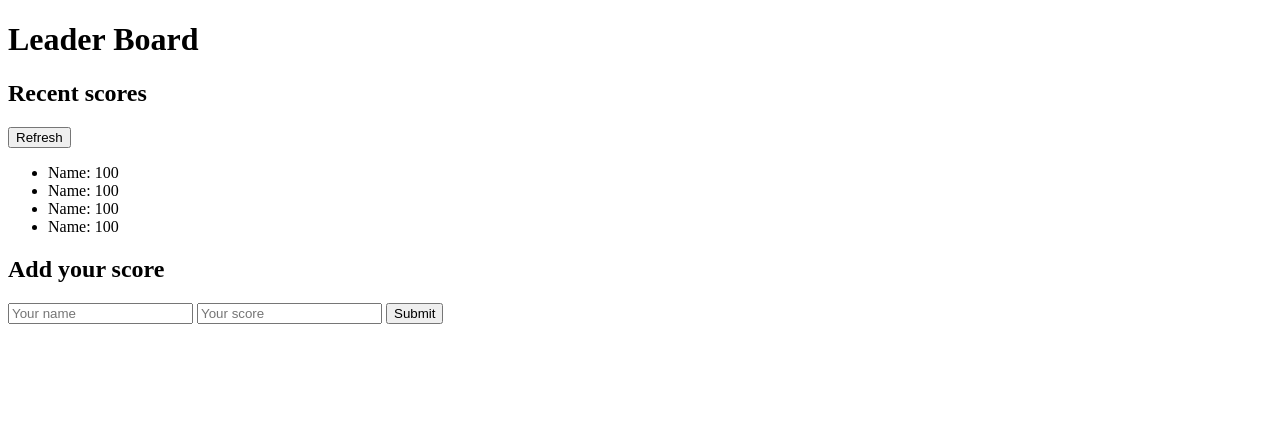
Repository: kennedyowusu/Leaderboard
Page: src/index.html
These files come from the project's save history. The page is drawn as it stood at one moment and after the next save; the edit follows.
The browser window is 1280 px wide. The pictures show the whole page.

Above is the page before, as saved 2022-12-20 16:17:27.

After the next save:
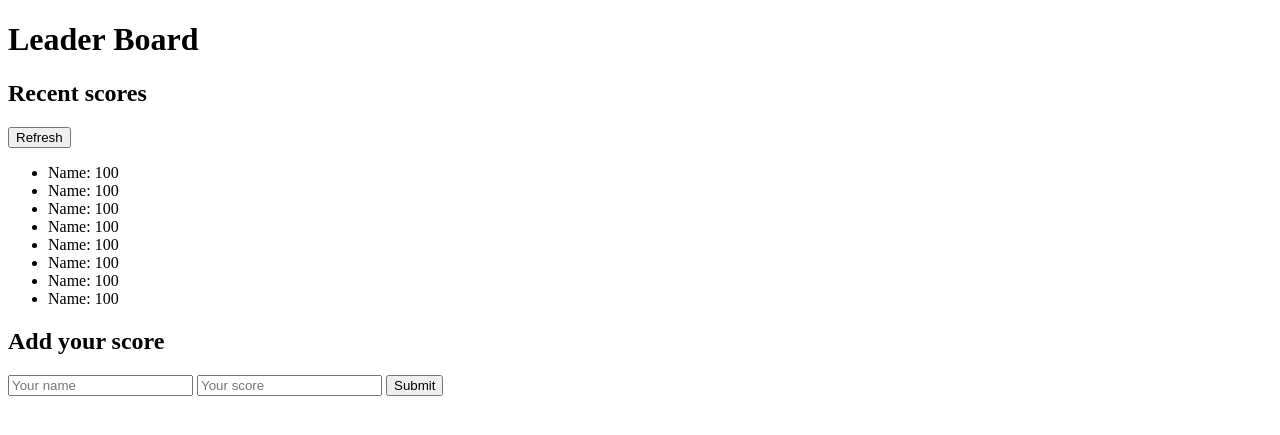
Saved 17 s later.
--- a/src/index.html
+++ b/src/index.html
@@ -42,6 +42,26 @@
              <span class="score">100 </span>
             </li>
 
+            <li class="main-left-list-items">
+             <span class="name">Name: </span>
+             <span class="score">100 </span>
+            </li>
+
+            <li class="main-left-list-items">
+             <span class="name">Name: </span>
+             <span class="score">100 </span>
+            </li>
+
+            <li class="main-left-list-items">
+             <span class="name">Name: </span>
+             <span class="score">100 </span>
+            </li>
+
+            <li class="main-left-list-items">
+             <span class="name">Name: </span>
+             <span class="score">100 </span>
+            </li>
+
        </ul>
      </section>
 
